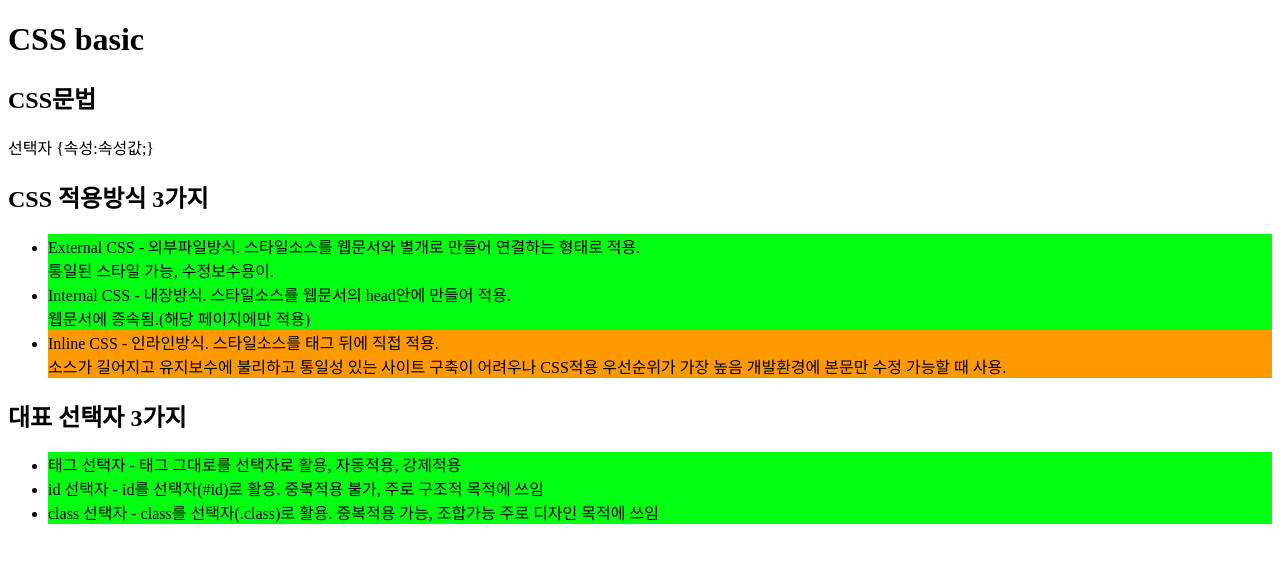
Repository: Git-Seokcoding/WEB
Page: CSS3/src/main/webapp/basic.html
The author's editor kept a copy of each file at every save. The page is drawn from the files as they stood at one save, then again after the next save.
The browser window is 1280 px wide. The pictures show the whole page.

Above is the page before, as saved 2023-10-12 08:00:33.

### CSS3/src/main/webapp/basic.html
<!DOCTYPE html>
<html>
<head>
<meta charset="UTF-8">
<title>CSS basic</title>
	<style type="text/css">
	li{background-color: #0f1}
	</style>
</head>
<body>
	<h1>CSS basic</h1>
	<h2>CSS문법</h2>
	<p>선택자 {속성:속성값;}</p>

	<h2>CSS 적용방식 3가지</h2>
	<ul>
		<li>External CSS
		- 외부파일방식. 스타일소스를 웹문서와 별개로 만들어 연결하는 형태로 적용. <br>
		  통일된 스타일 가능, 수정보수용이.</li>
		<li>Internal CSS
		- 내장방식. 스타일소스를 웹문서의 head안에 만들어 적용.<br>
		  웹문서에 종속됨.(해당 페이지에만 적용)</li>
		<li style="background-color: #f90;">Inline CSS
		- 인라인방식. 스타일소스를 태그 뒤에 직접 적용. <br>
		  소스가 길어지고 유지보수에 불리하고 통일성 있는 사이트 구축이 어려우나 CSS적용 우선순위가 가장 높음
		  개발환경에 본문만 수정 가능할 때 사용.</li>
	</ul>

	<h2>대표 선택자 3가지</h2>
	<ul>
	<li>태그 선택자  - 태그 그대로를 선택자로 활용, 자동적용, 강제적용</li>
	<li>id 선택자 - id를 선택자(#id)로 활용. 중복적용 불가, 주로 구조적 목적에 쓰임</li>
	<li>class 선택자 - class를 선택자(.class)로 활용. 중복적용 가능, 조합가능 주로 디자인 목적에 쓰임</li>
	</ul>
</body>
</html>

After the next save:
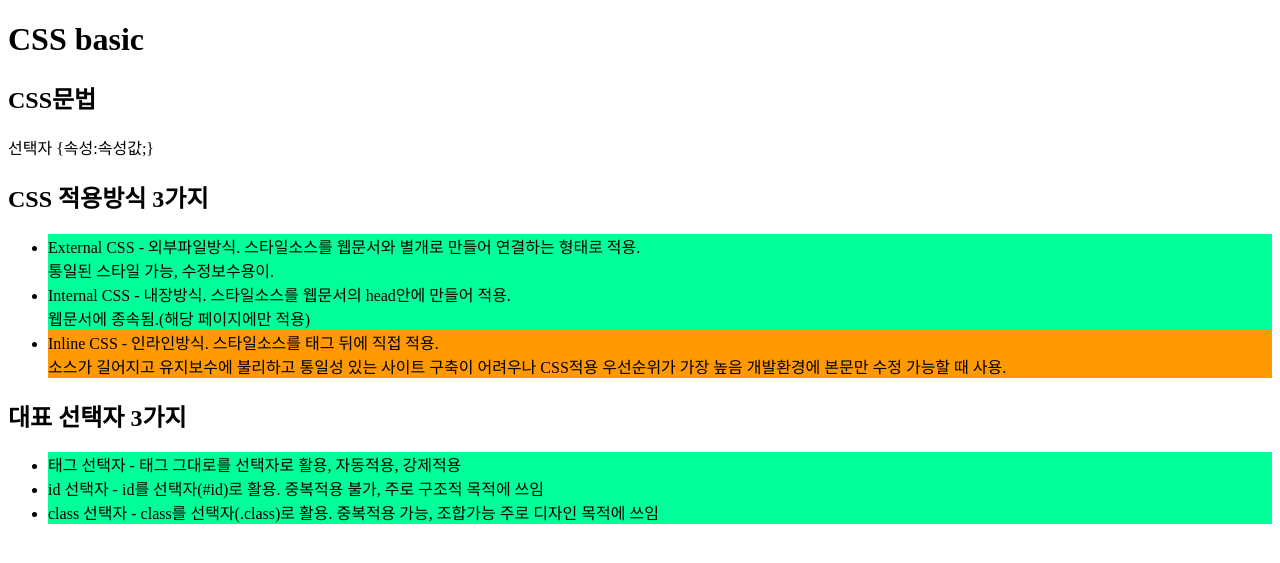
Saved 8 s later.
--- a/CSS3/src/main/webapp/basic.html
+++ b/CSS3/src/main/webapp/basic.html
@@ -4,7 +4,7 @@
 <meta charset="UTF-8">
 <title>CSS basic</title>
 	<style type="text/css">
-	li{background-color: #0f1}
+	li{background-color: #0f9}
 	</style>
 </head>
 <body>
